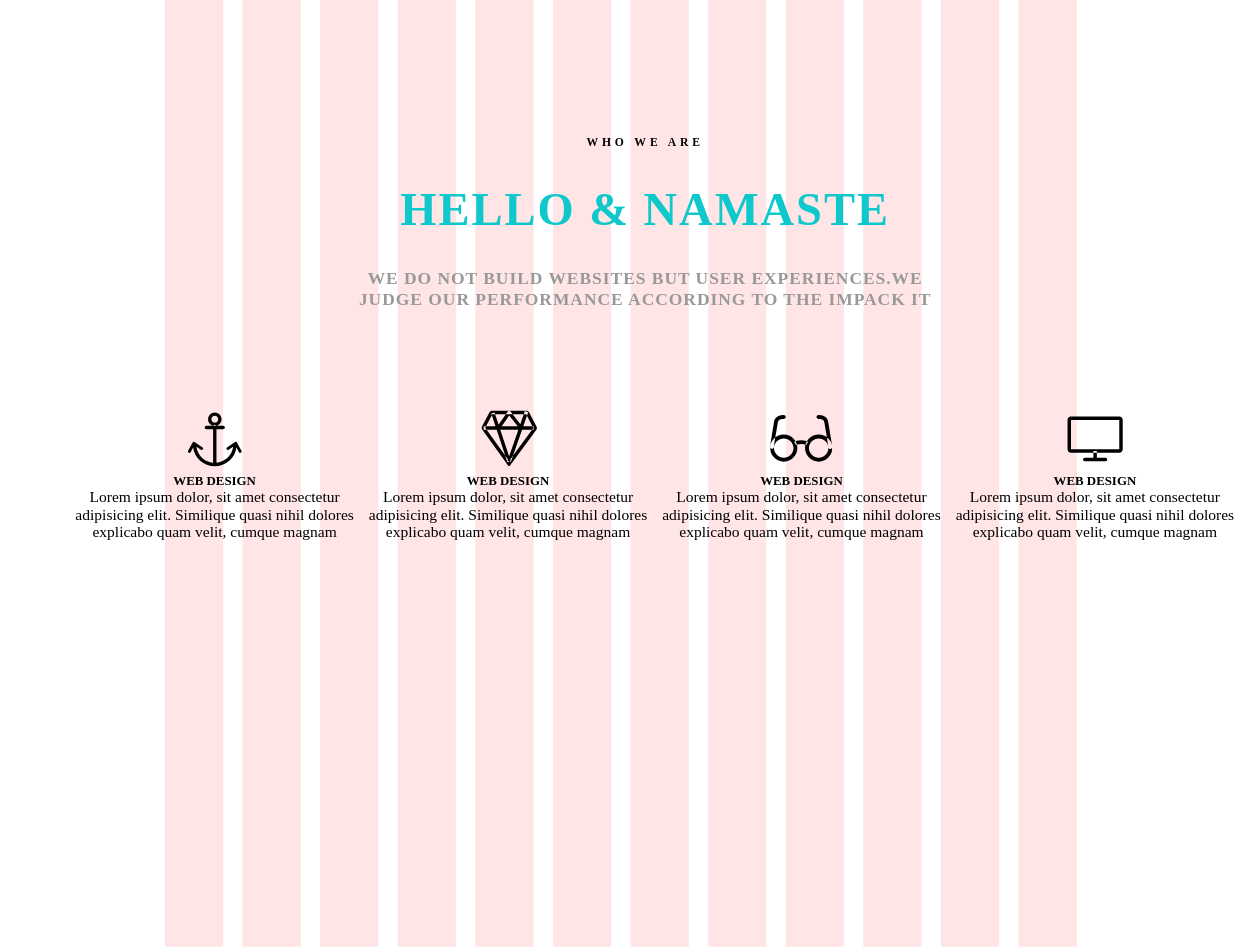
Repository: shpakovskaya/github.io
Page: boxsizing/namastegreen/index.html
An editor plug-in stored every save of this project. The page is shown before and after the next save, followed by the edit.
The browser window is 1280 px wide. The pictures show the whole page, at 97% of full size.

Above is the page before, as saved 2021-11-22 20:20:46.

After the next save:
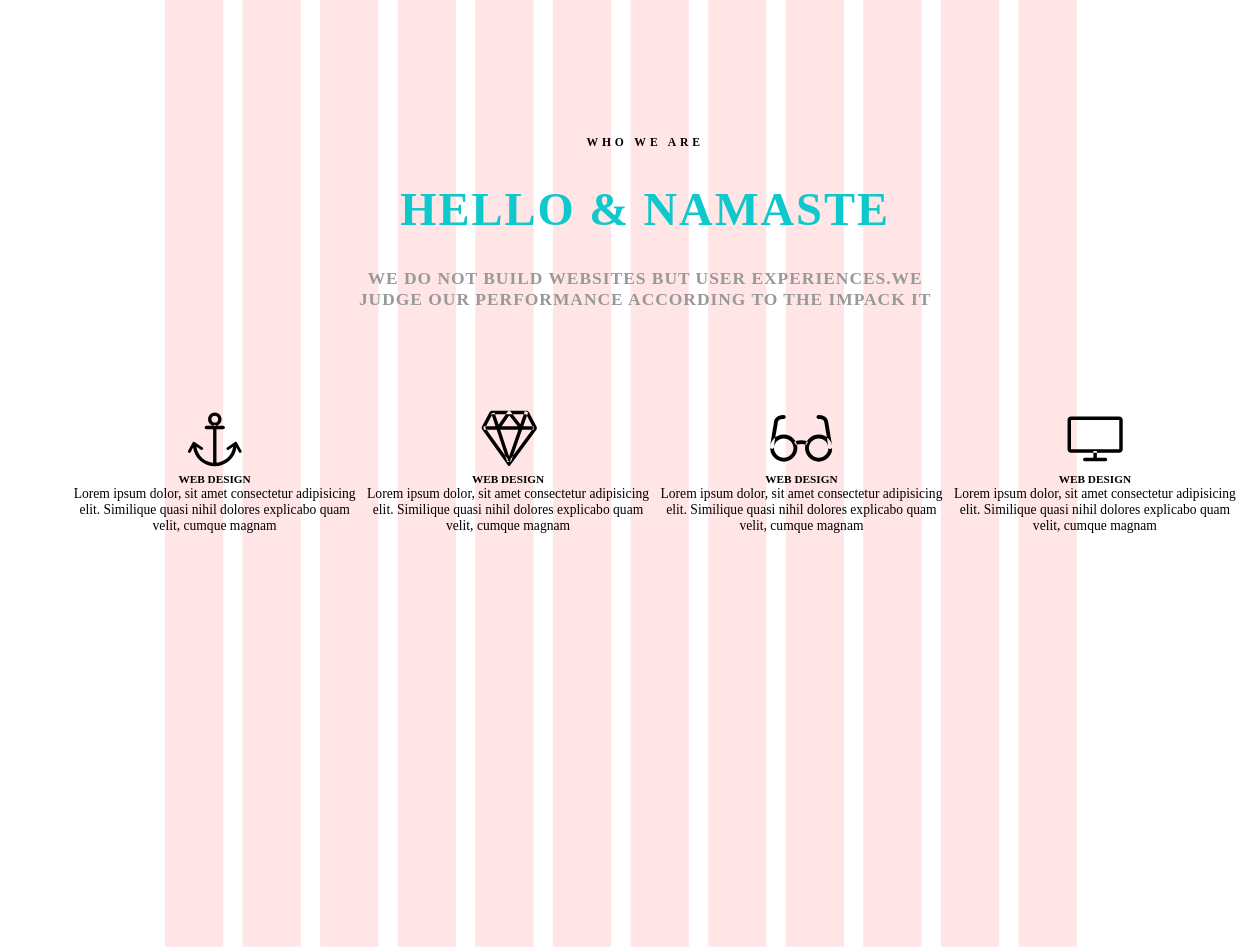
Saved 6 min 37 s later.
--- a/boxsizing/namastegreen/style.css
+++ b/boxsizing/namastegreen/style.css
@@ -53,7 +53,7 @@
   display: flex;
   flex-direction: row;
   text-align: center;
-  size: 14px;
+  font-size: 14px;
 }
 .e-wrapper__anchor {
   display: inline-block;
